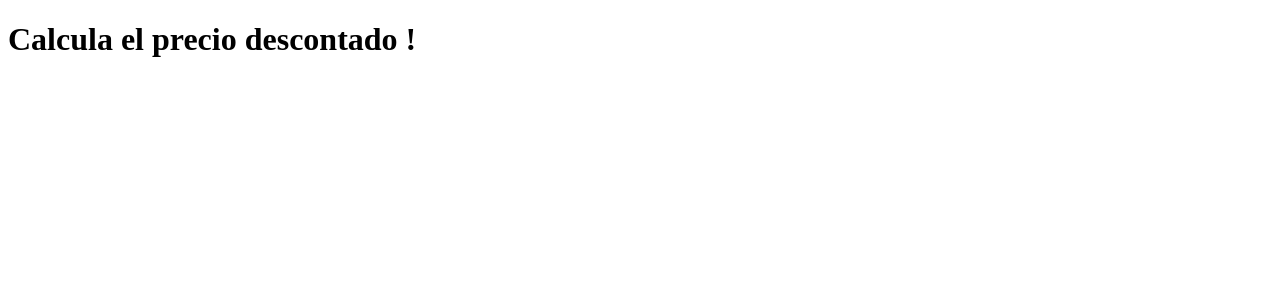
Repository: ChristianGecchelin/javascript-project
Page: javascript-project/descuentos y porcentajes/descuentos.html
These files come from the project's save history. The page is drawn as it stood at one moment and after the next save; the edit follows.
The browser window is 1280 px wide. The pictures show the whole page.

Above is the page before, as saved 2021-12-03 12:43:50.

### javascript-project/descuentos y porcentajes/descuentos.html
<!DOCTYPE html>
<html lang="es">
  <head>
    <meta charset="UTF-8" />
    <meta http-equiv="X-UA-Compatible" content="IE=edge" />
    <meta name="viewport" content="width=device-width, initial-scale=1.0" />
    <title>Porcentajes y descuentos</title>
  </head>
  <body>
    <header>
      <h1>Calcula el precio descontado !</h1>
    </header>
    <script src="./descuentos.js"></script>
  </body>
</html>

### javascript-project/descuentos y porcentajes/descuentos.js
function calculoPrecioConDescuento(precio, descuento) {
  /* Calculo el porcentaje final que PAGARA el cliente */
  const porcentajePrecioConDescuento = 100 - descuento;
  const precioConDescuento = (precio * porcentajePrecioConDescuento) / 100;
  return console.log(
    `El precio original es ${precio}. El precio que pagarás es ${precioConDescuento}`
  );
}

After the next save:
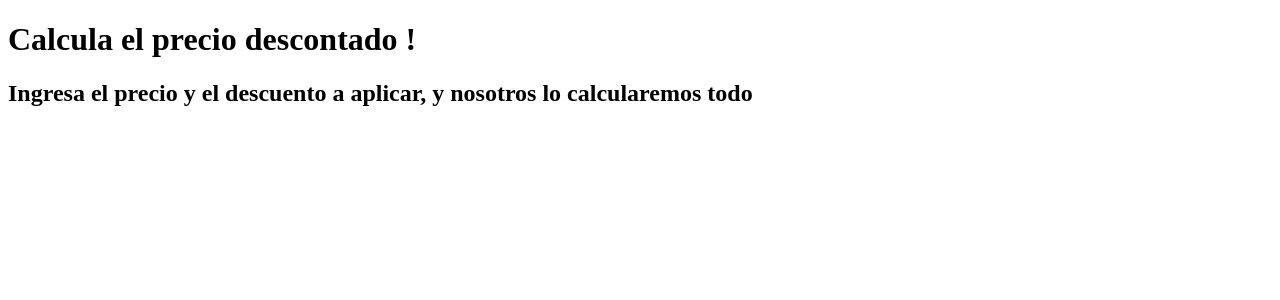
Saved 62 s later.
--- a/javascript-project/descuentos y porcentajes/descuentos.html
+++ b/javascript-project/descuentos y porcentajes/descuentos.html
@@ -10,6 +10,12 @@
     <header>
       <h1>Calcula el precio descontado !</h1>
     </header>
+    <section>
+      <h2>
+        Ingresa el precio y el descuento a aplicar, y nosotros lo calcularemos
+        todo
+      </h2>
+    </section>
     <script src="./descuentos.js"></script>
   </body>
 </html>
